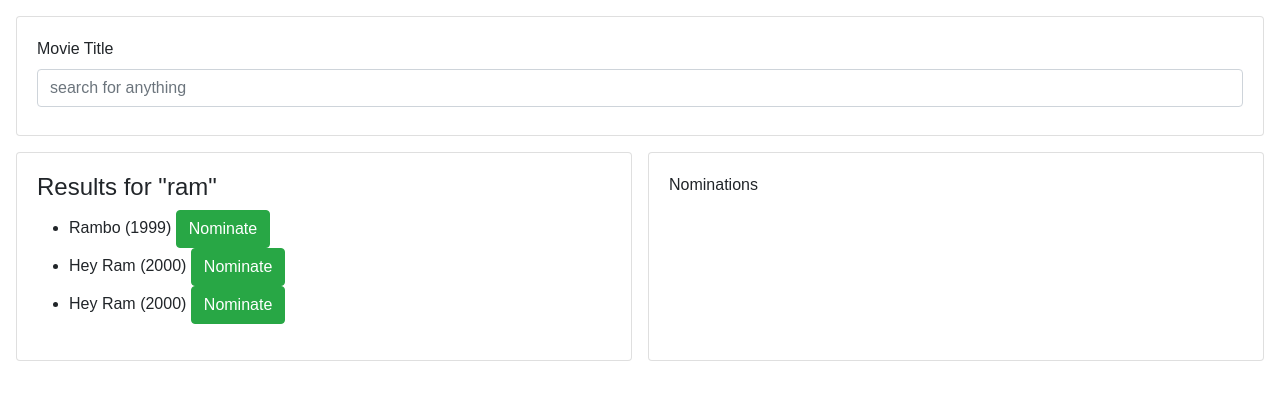
Repository: akinsikuoluwafemi/shoppies-movie-collection
Page: /
An editor plug-in stored every save of this project. The page is shown before and after the next save, followed by the edit.
The browser window is 1280 px wide. The pictures show the whole page.
The project was rebuilt for these pictures with package versions that can differ from the ones it lists, and the page was loaded fresh each time. Also part of the build but not shown: src/App.css.

Above is the page before, as saved 2021-01-10 09:13:48.

After the next save:
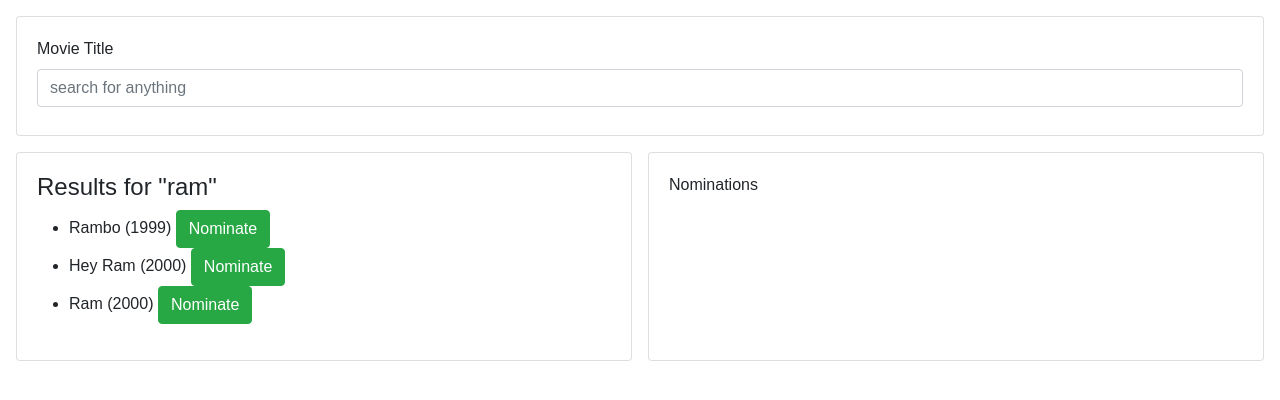
Saved 5 s later.
--- a/src/components/SearchResults.js
+++ b/src/components/SearchResults.js
@@ -10,7 +10,7 @@ export default function SearchResults() {
             <ul className="list">
                 <li className="list-item" >Rambo (1999) <button className="btn btn-success" >Nominate</button></li>
                 <li className="list-item" >Hey Ram (2000) <button className="btn btn-success" >Nominate</button></li>
-                <li className="list-item" >Hey Ram (2000) <button className="btn btn-success" >Nominate</button></li>
+                <li className="list-item" >Ram (2000) <button className="btn btn-success" >Nominate</button></li>
 
 
             </ul>
